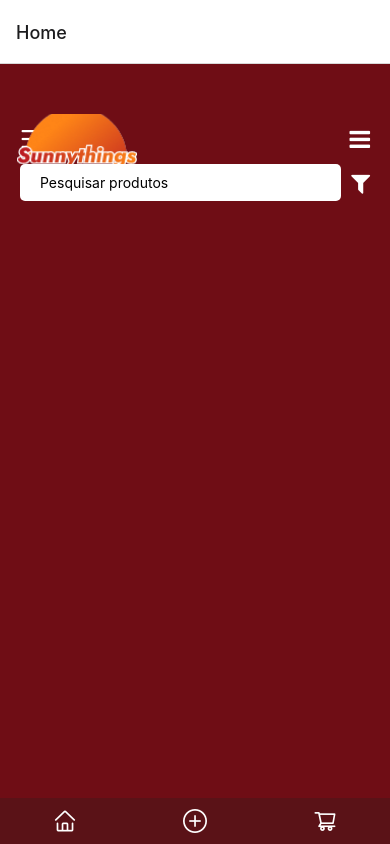
Repository: Luizzzin/SuperMercado
Screen: / (app in suny/)
The author's editor kept a copy of each file at every save. The screen is drawn from the files as they stood at one save, then again after the next save.
The app was drawn by React Native's web renderer in a window 390 px wide. The project was rebuilt for these pictures with package versions that can differ from the ones it lists, and the page was loaded fresh each time.

Above is the screen before, as saved 2024-05-09 11:23:36.

After the next save:
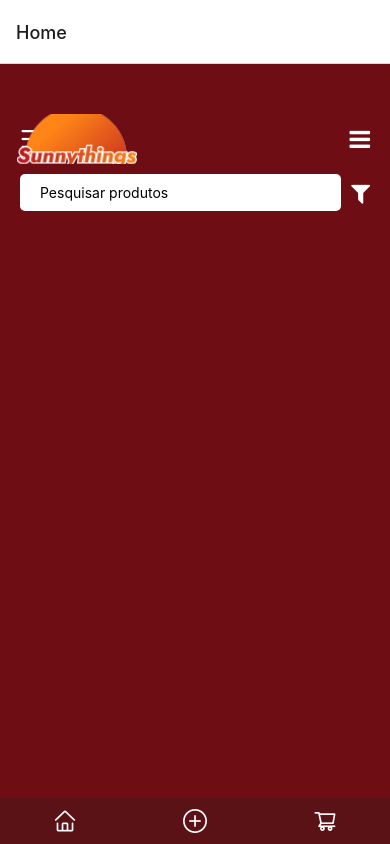
Saved 75 s later.
--- a/suny/HomeScreen.js
+++ b/suny/HomeScreen.js
@@ -74,7 +74,7 @@
     flexDirection: 'row',
     alignItems: 'center',
     paddingHorizontal: 20,
-    marginTop: 0,
+    marginTop: 10,
   },
   input: {
     flex: 1,
